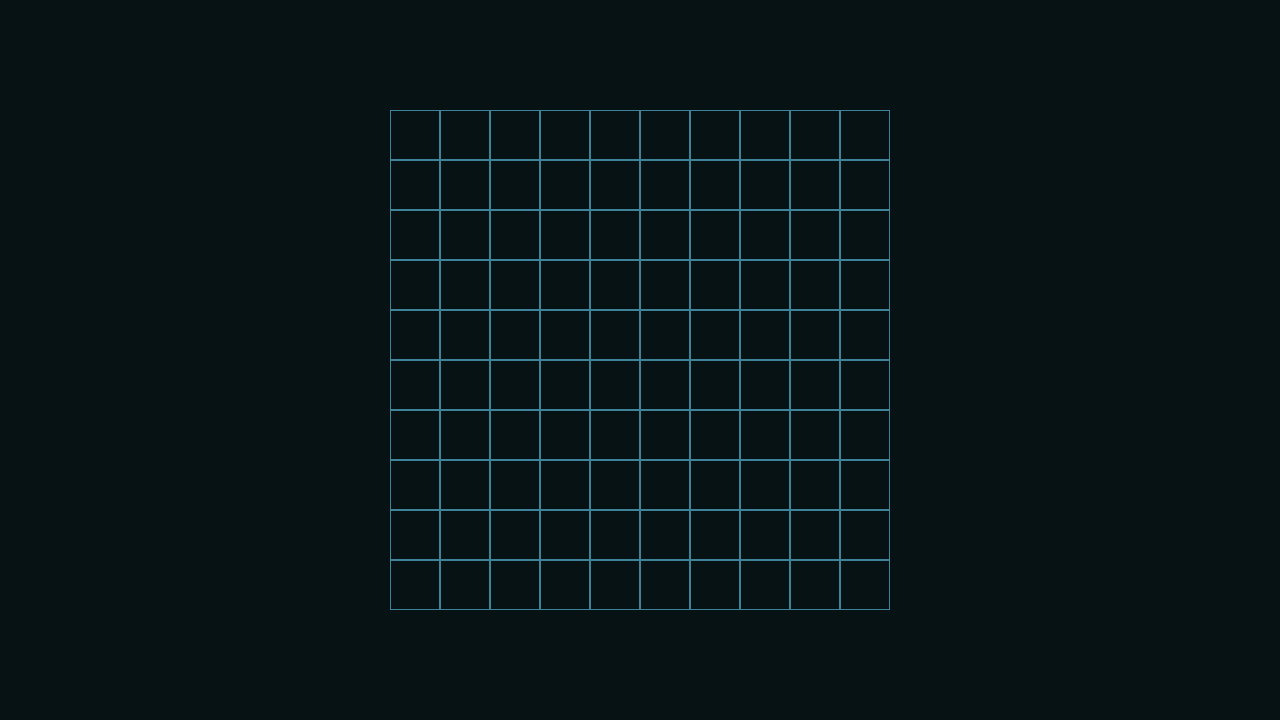
Repository: rehans-Life/linkedlist-snake-game
Page: /
An editor plug-in stored every save of this project. The page is shown before and after the next save, followed by the edit.
The browser window is 1280 px wide. The pictures show the whole page.
The project was rebuilt for these pictures with package versions that can differ from the ones it lists, and the page was loaded fresh each time. The framework's server and built-in components were replaced by stand-ins that run in the browser. Also part of the build but not shown: next.config.js.

Above is the page before, as saved 2023-04-14 21:53:17.

### pages/index.js
import Head from "next/head";
import styles from "../styles/Home.module.css";
import Board from "../components/Board";

export default function Home() {
  return (
    <div className={styles.container}>
      <Head>
        <title>Linked List Snake Game</title>
        <meta name="description" content="linked list snake game" />
        <link rel="icon" href="/favicon.ico" />
      </Head>
      <Board />
    </div>
  );
}

### styles/globals.css
html,
body {
  padding: 0;
  margin: 0;
  font-family: -apple-system, BlinkMacSystemFont, Segoe UI, Roboto, Oxygen,
    Ubuntu, Cantarell, Fira Sans, Droid Sans, Helvetica Neue, sans-serif;
}

a {
  color: inherit;
  text-decoration: none;
}

* {
  box-sizing: border-box;
}

button {
  margin: 0;
  padding: 0;
}

### styles/Home.module.css
.container {
  background-color: rgb(7, 18, 21);
  height: 100vh;
  display: flex;
  align-items: center;
  justify-content: center;
}

.row {
  display: flex;
  align-items: center;
  justify-content: center;
}

.cell {
  width: 50px;
  height: 50px;
  border: 1px solid rgb(62, 131, 154);
}

### components/Board.jsx
import React, { useState } from "react";
import styles from "../styles/Home.module.css";

const BOARD_SIZE = 10;

export default function Board() {
  const [board, setBoard] = useState(
    new Array(BOARD_SIZE).fill(0).map((_) => new Array(BOARD_SIZE).fill(0))
  );
  return (
    <div className={styles.board}>
      {board.map((row, index) => (
        <div key={index} className={styles.row}>
          {row.map((_, index) => (
            <div key={index} className={styles.cell}></div>
          ))}
        </div>
      ))}
    </div>
  );
}

Loaded but not shown: pages/_app.js (common file)

After the next save:
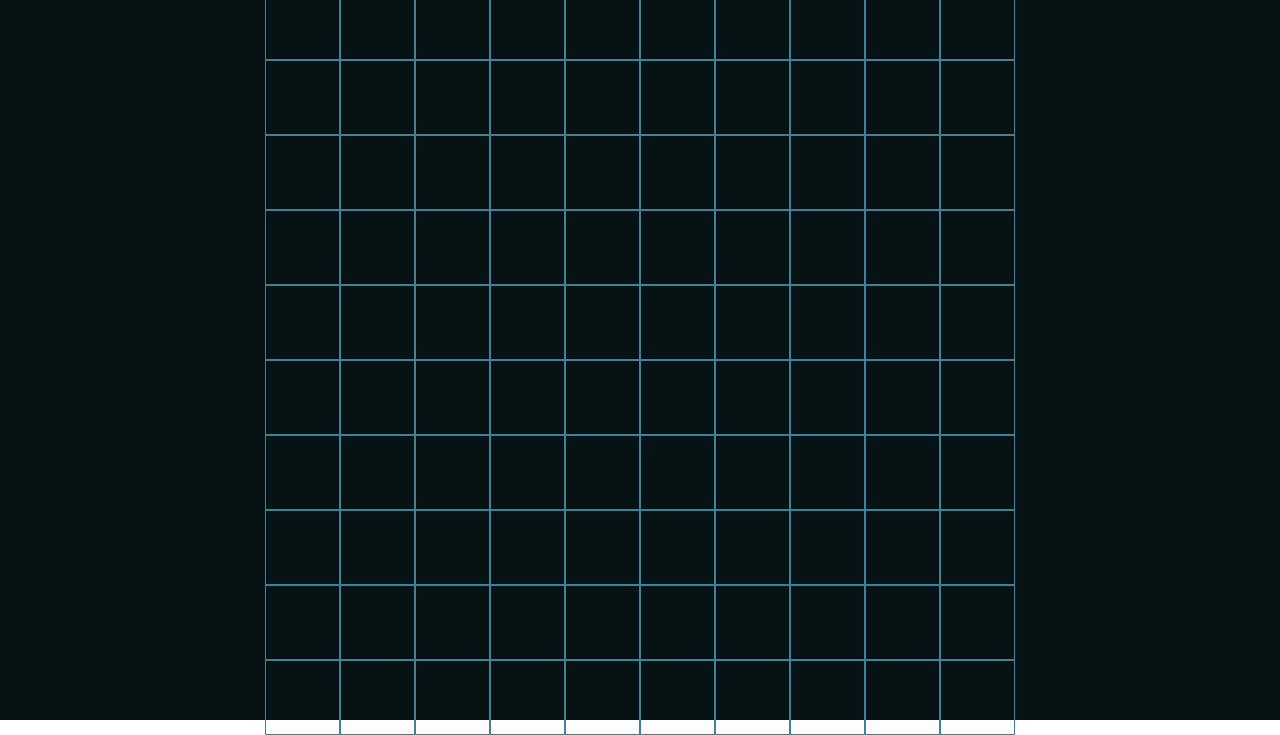
Saved 8 s later.
--- a/styles/Home.module.css
+++ b/styles/Home.module.css
@@ -13,7 +13,7 @@
 }
 
 .cell {
-  width: 50px;
-  height: 50px;
+  width: 75px;
+  height: 75px;
   border: 1px solid rgb(62, 131, 154);
 }
